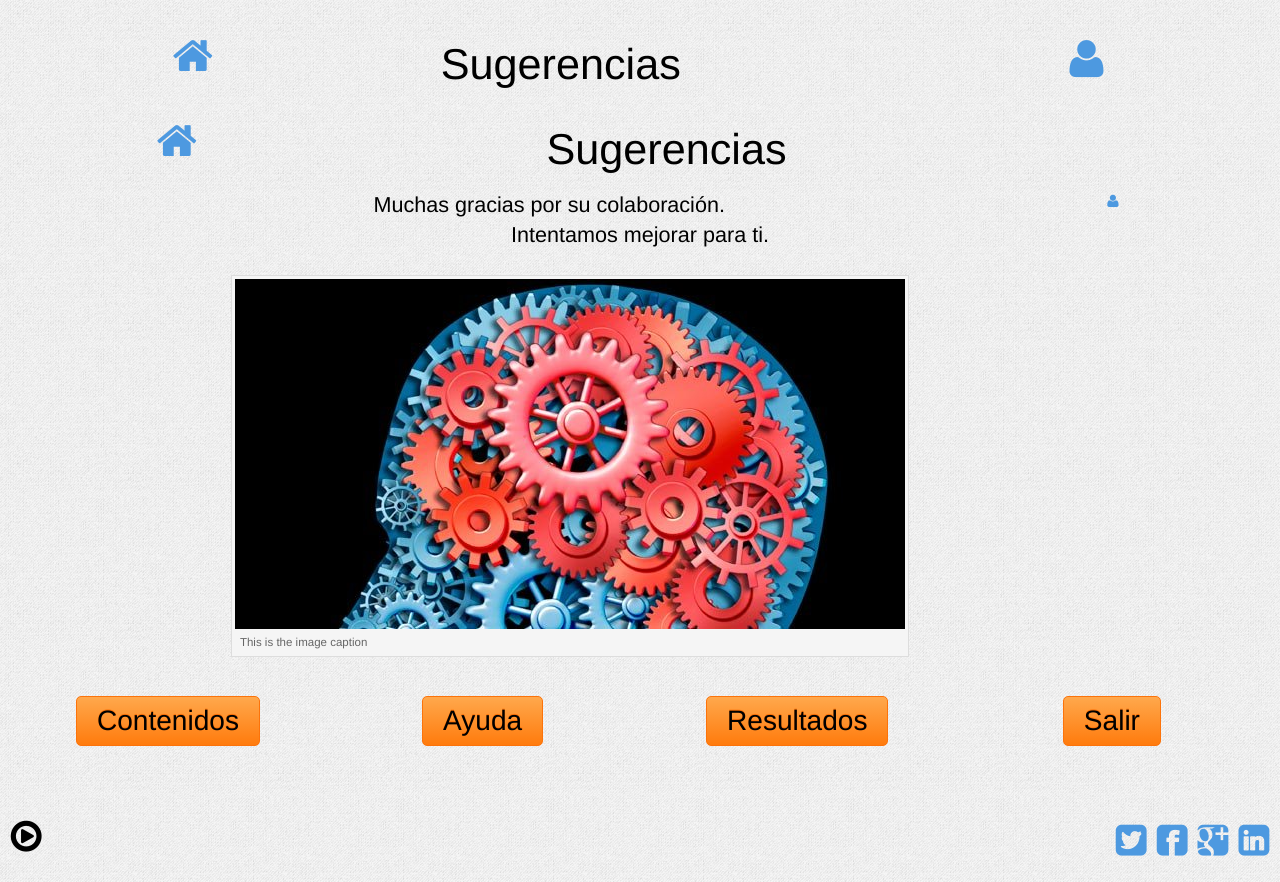
Repository: SCeruso/RememberMe
Page: enviosugerencia.html
The author's editor kept a record of every edit. The page is drawn from the files as they stood at one moment, then again after the next edit.
The browser window is 1280 px wide. The pictures show the whole page.
Some web libraries are served in a nearby version.

Above is the page before.

After the next edit:
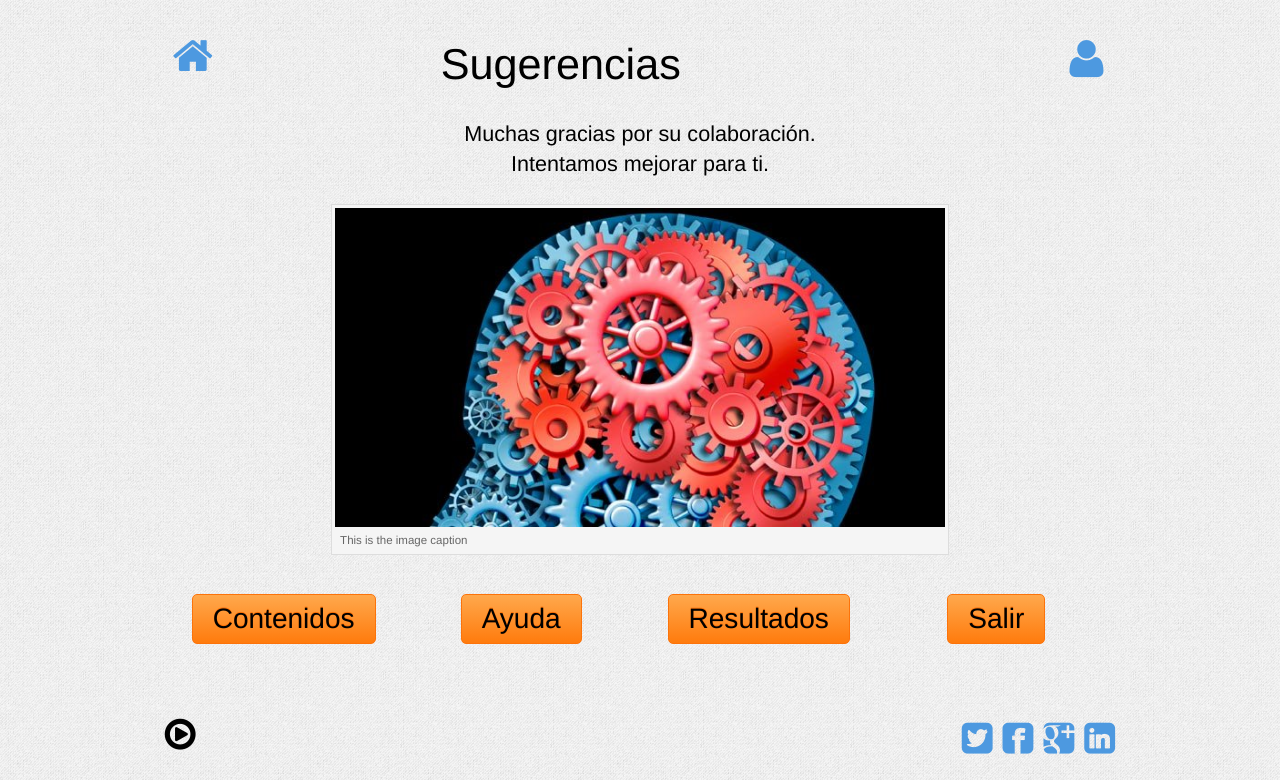
The edit:
--- a/enviosugerencia.html
+++ b/enviosugerencia.html
@@ -37,20 +37,7 @@
 		</h2>
 		<br>
     </div>
-		<h2 class="center">
-                <a href="juegosde.html">
-                    <i class="icon-home pull-left"></i>
-                </a>
 
-                    <h2 class="center">
-                           <p>Sugerencias</p>
-                    </h2>
-		        <a href="perfil.html">
-			        <i class="icon-user icon-border pull-right"></i>
-		        </a>
-		</h2>
-
-	</div>
 
 	<h5 class="center">
 			Muchas gracias por su colaboración.
